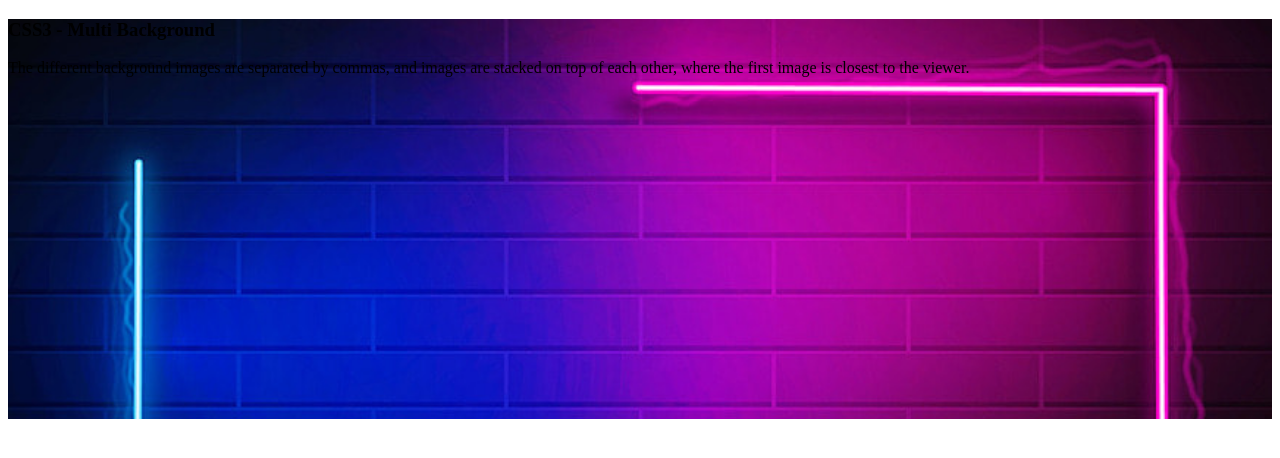
Repository: Pema-yangki/Css
Page: fed.html
These files come from the project's save history. The page is drawn as it stood at one moment and after the next save; the edit follows.
The browser window is 1280 px wide. The pictures show the whole page.

Above is the page before, as saved 2024-03-22 10:41:31.

After the next save:
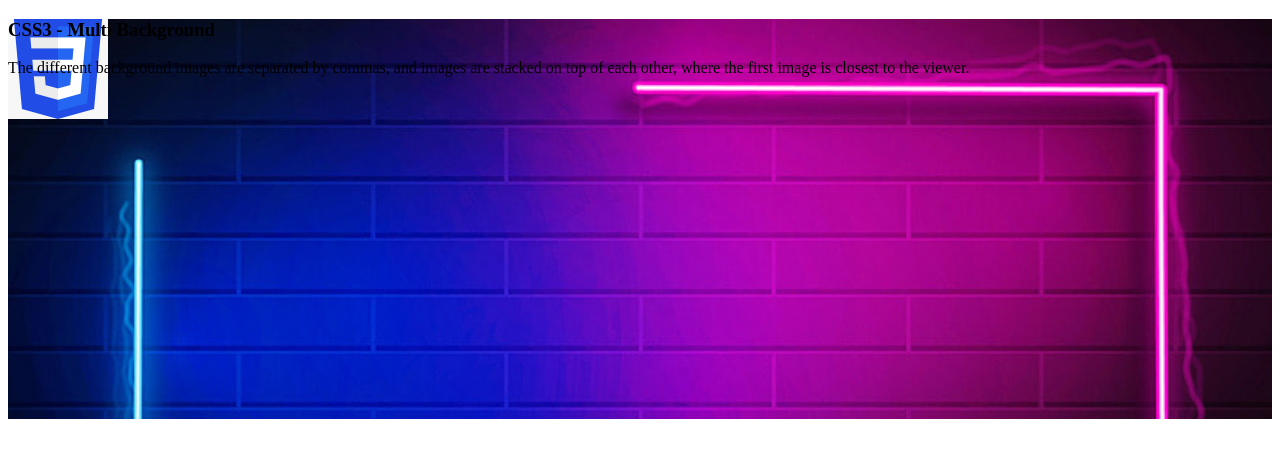
Saved 12 s later.
--- a/fed.html
+++ b/fed.html
@@ -255,7 +255,7 @@ background-color: black;
     <title>Document</title>
     <style>
         #background {
-        background-image: url(), url(cd.jpeg);
+        background-image: url(feeeee.jpeg), url(cd.jpeg);
         background-position: left top;
         background-repeat: no-repeat, repeat;
         background-size: 100px 100px, cover;
